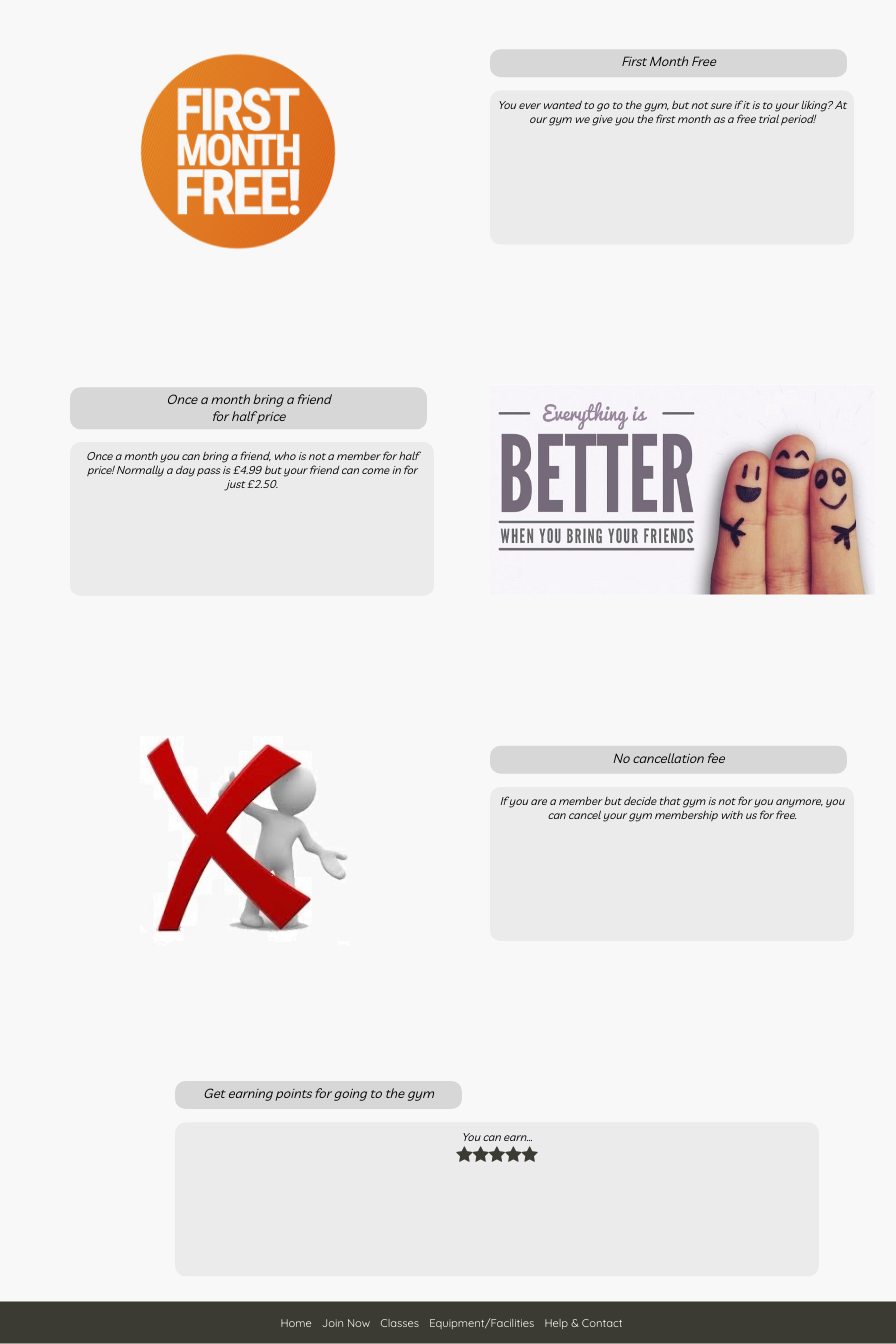
Repository: RicardoAzuul/the_fitness_hub
Page: membership_benefits.html
The author's editor kept a record of every edit. The page is drawn from the files as they stood at one moment, then again after the next edit.
The browser window is 1280 px wide. The pictures show the part of the page from y = 1685 to 3605 px (the page is 3605 px tall), at 70% of full size.
Some web fonts or font styles are not loaded; a fallback is used.

Above is the page before.

### membership_benefits.html
<!DOCTYPE html>
<html>
    <head>
        <meta charset="UTF-8">
        <meta name="viewport" content="width=device-width, initial-scale=1.0">
        <meta http-equiv="X-UA-Compatible" content="ie=edge">
        <title>The Fitness Hub</title>
        <link rel="stylesheet" href="https://cdnjs.cloudflare.com/ajax/libs/font-awesome/4.7.0/css/font-awesome.min.css">
        <link rel="stylesheet" href="css/style.css" type="text/css">
        <link href="https://fonts.googleapis.com/css?family=Livvic&display=swap" rel="stylesheet">
        <link href="https://fonts.googleapis.com/css?family=Quicksand&display=swap" rel="stylesheet">
        <link href="https://fonts.googleapis.com/css?family=Turret+Road&display=swap" rel="stylesheet">
    </head>
    <body>
        <header>
            <div class="navbar">
           <div class="dropdown">
           <button class="dropbtn">Menu
           <i class="fa fa-bars"></i>
           </button>
           <div class="dropdown-content">
           <a href="index.html">Home</a>
           <a href="join_now.html">Join Now</a>
           <a href="classes.html">Classes</a>
           <a href="equipment.html">Equipment/Facilities</a>
           <a href="membership_benefits.html">Membership Benefits</a>
           <a href="help_and_contact.html">Help & Contact</a>
           </div>
           </div>
           <a href="index.html" class="logo"><b style="font-size: 20px;color: white;">The Fitness Hub
           <i class="fa fa-heartbeat"></i></b>
           </a>
           <div class="front-social">
           <a href=""><i class="fa fa-facebook-square"></i></a>
           <a href=""><i class="fa fa-instagram"></i></a>
           <a href=""><i class="fa fa-twitter-square"></i></a>
           </div>
           </div>
           </header>
           <section>

               <h2 class="memb_header">Membership Benefits</h2>
               <img src="images/account-frozen.jpg" alt="frozen" class="frozen">
                   <h3 class="memb_title">Freeze your account</h3>
                   <div class="benefits">
                   <em>Your not able to get to the gym for a while<br>
                   and do not want to be charged the full price?<br>
                   As a member you can freeze your account for just £3 a month.<br>
                   One phone call and your account is frozen.<br>
                   Contact our team on 01234 555897.</em>
               </div>

               <img src="images/25-off.jpg" alt="discount" class="discount">
               <h3 class="memb_title2">Get a personal trainer for a discount of 25%</h3>
               <div class="benefits2">
              <em>When you become a member at our gym you will get a 25% discount on any personal trainer
              of your choice.</em>
               </div>

               <img src="images/no-pound.jpg" alt="no_money" class="no_money">
               <h3 class="memb_title3">No sign up fee</h3>
               <div class="benefits3">
                   <em>There is no signing up fee when you join our gym.
                   All you need to do is fill out the application form and your a member.
                   I know how easy could we make it!</em>
               </div>

               <img src="images/first-month-free.jpg" alt="first_month" class="first_month">
               <h3 class="memb_title4">First Month Free</h3>
               <div class="benefits4">
                   <em>You ever wanted to go to the gym, but not sure if it is to your liking?
                   At our gym we give you the first month as a free trial period!</em>
               </div>

               <img src="images/bring-a-friend.jpg" alt="friend" class="friend">
               <h3 class="memb_title5">Once a month bring a friend<br> for half price</h3>
               <div class="benefits5">
                   <em>Once a month you can bring a friend, who is not a member for half price!
                   Normally a day pass is £4.99 but your friend can come in for just £2.50.</em>
               </div>

               <img src="images/negative.jpg" alt="negative" class="negative">
               <h3 class="memb_title6">No cancellation fee</h3>
               <div class="benefits6">
                   <em>If you are a member but decide that gym is not for you anymore,
                   you can cancel your gym membership with us for free. </em>
               </div>

               <h3 class="memb_title7">Get earning points for going to the gym</h3>
               <div class="benefits7">
                   <em>You can earn...</em><br>
                   <div class="star_points">
                   <i class="fa fa-star"></i><i class="fa fa-star"></i><i class="fa fa-star"></i><i class="fa fa-star"></i><i class="fa fa-star"></i>
                   </div>
               </div>
               <br><br>
           </section>
           <footer>
           <div id="footer-details" class="row">
           <a href="index.html">Home</a>
           <a href="join_now.html">Join Now</a>
           <a href="classes.html">Classes</a>
           <a href="equipment.html">Equipment/Facilities</a>
           <a href="help_and_contact.html">Help & Contact</a>
           </footer>
           </body>
           </html>

Loaded but not shown: css/style.css (1271 lines, source omitted)

After the next edit:
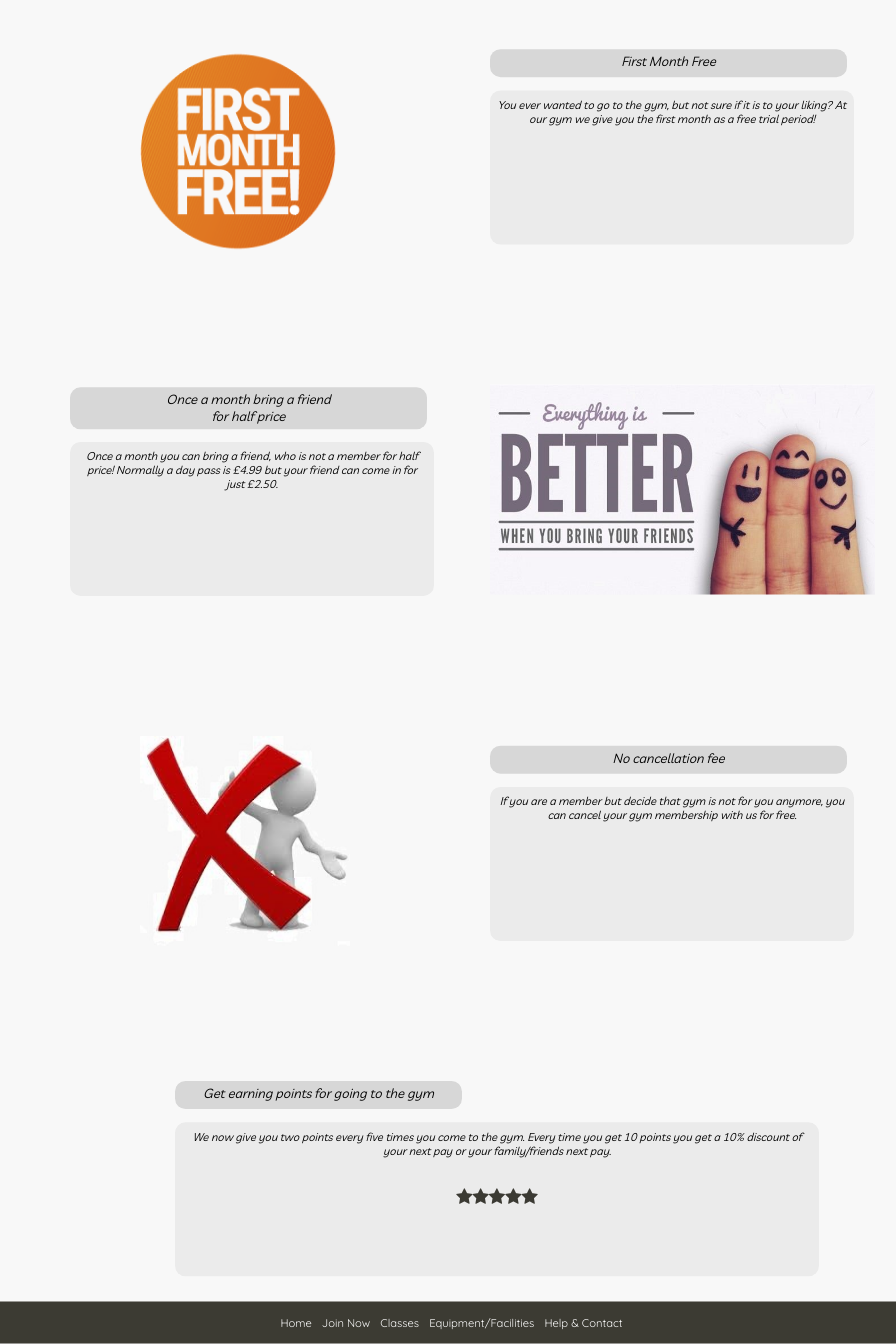
The edit:
--- a/membership_benefits.html
+++ b/membership_benefits.html
@@ -88,7 +88,9 @@
 
                <h3 class="memb_title7">Get earning points for going to the gym</h3>
                <div class="benefits7">
-                   <em>You can earn...</em><br>
+                   <em>We now give you two points every five times you come to the gym.
+                   Every time you get 10 points you get a 10% discount of your
+                   next pay or your family/friends next pay. </em><br><br><br>
                    <div class="star_points">
                    <i class="fa fa-star"></i><i class="fa fa-star"></i><i class="fa fa-star"></i><i class="fa fa-star"></i><i class="fa fa-star"></i>
                    </div>
